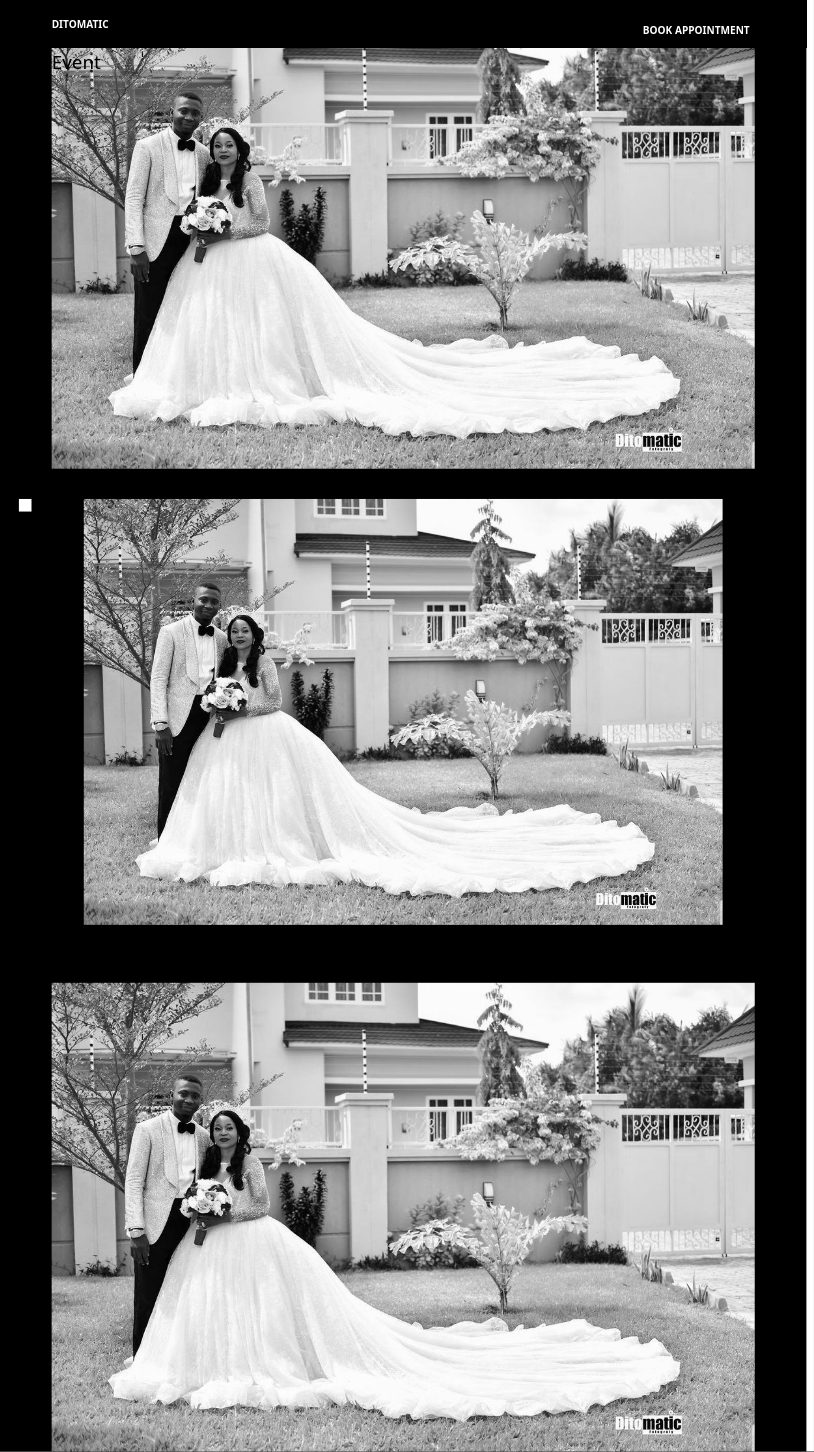
Repository: latenightsnacc/Ditomatic-Demo
Page: ditomatic.html
An editor plug-in stored every save of this project. The page is shown before and after the next save, followed by the edit.
The browser window is 1280 px wide. The page is 1292 px wide, then 1280 px, so the pictures cover 1292 px, including what lies to the right of the window. The pictures show the whole page, at 63% of full size.
Some web libraries are served in a nearby version.

Above is the page before, as saved 2021-02-23 18:49:19.
Console error: TypeError: Cannot read properties of null (reading 'addEventListener')

After the next save:
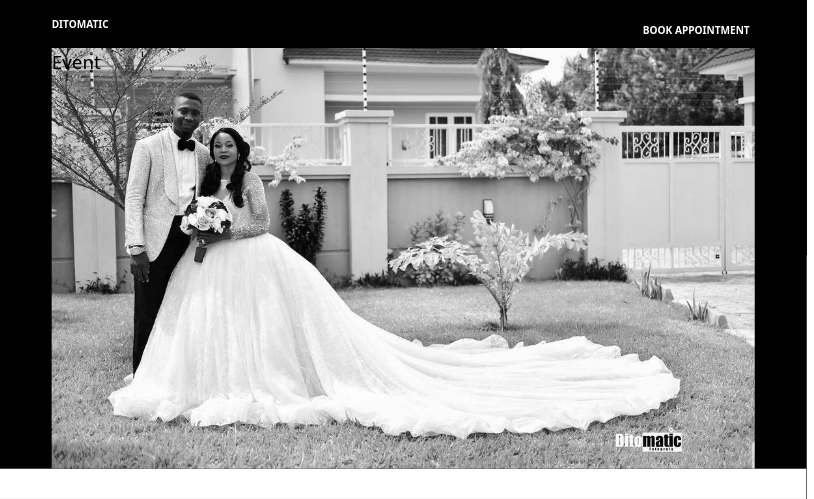
Saved 69 s later.
--- a/ditomatic.html
+++ b/ditomatic.html
@@ -45,43 +45,17 @@
                     </div>
                 </div>
             </div>
-
         </section>
         <!--End of Event-->
+
         <div class="my-5"></div>
+
         <!--Lifestyle-->
-        <section class="min-h-screen">
-            <div class="film row">
-                <div class="col-1">
-                    <ul>
-                        <li class="w-5 h-5 bg-white"></li>
-                    </ul>
-                </div>
-                <div class="col-10">
-                    <div class="container">
-                        <img src="images/TLFC-ConvertImage.jpg" alt="" width="100%">
-
-                        <div class="uk-position-top-left">
-                            <div>Lifestyle</div>
-                        </div>
-                    </div>
-                </div>
-                <div class="col-1"></div>
-            </div>
-
-        </section>
+        <!--End of Lifestyle-->
         <div class="my-5"></div>
         <!--Fashion-->
-        <section class="min-h-screen">
-            <div class="container">
-                <img src="images/TLFC-ConvertImage.jpg" alt="" width="100%">
 
-                <div class="uk-position-top-left">
-                    <div>Lifestyle</div>
-                </div>
-            </div>
-        </section>
-        <!--End of Event-->
+        <!--End of Fashion-->
 
     </main>
 <!-- UIkit JS -->
